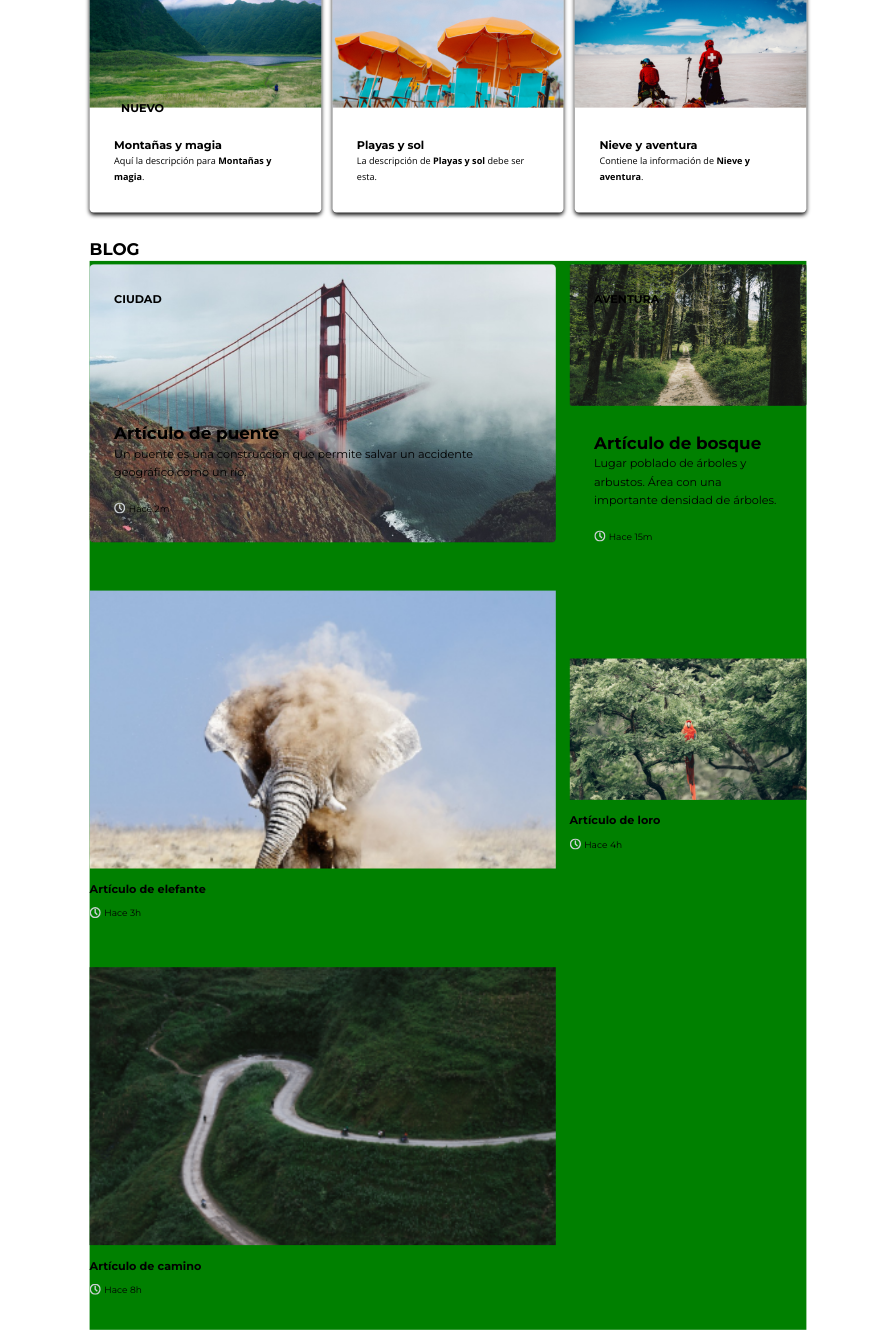
Repository: agustin-mesa/viajes
Page: /
These files come from the project's save history. The page is drawn as it stood at one moment and after the next save; the edit follows.
The browser window is 1280 px wide. The pictures show the part of the page from y = 884 to 2804 px (the page is 2784 px tall before and 2804 px after), at 70% of full size.
The project was rebuilt for these pictures with package versions that can differ from the ones it lists, and the page was loaded fresh each time. Also part of the build but not shown: src/components/styles/colors.module.scss.

Above is the page before, as saved 2021-11-12 15:04:32.

After the next save:
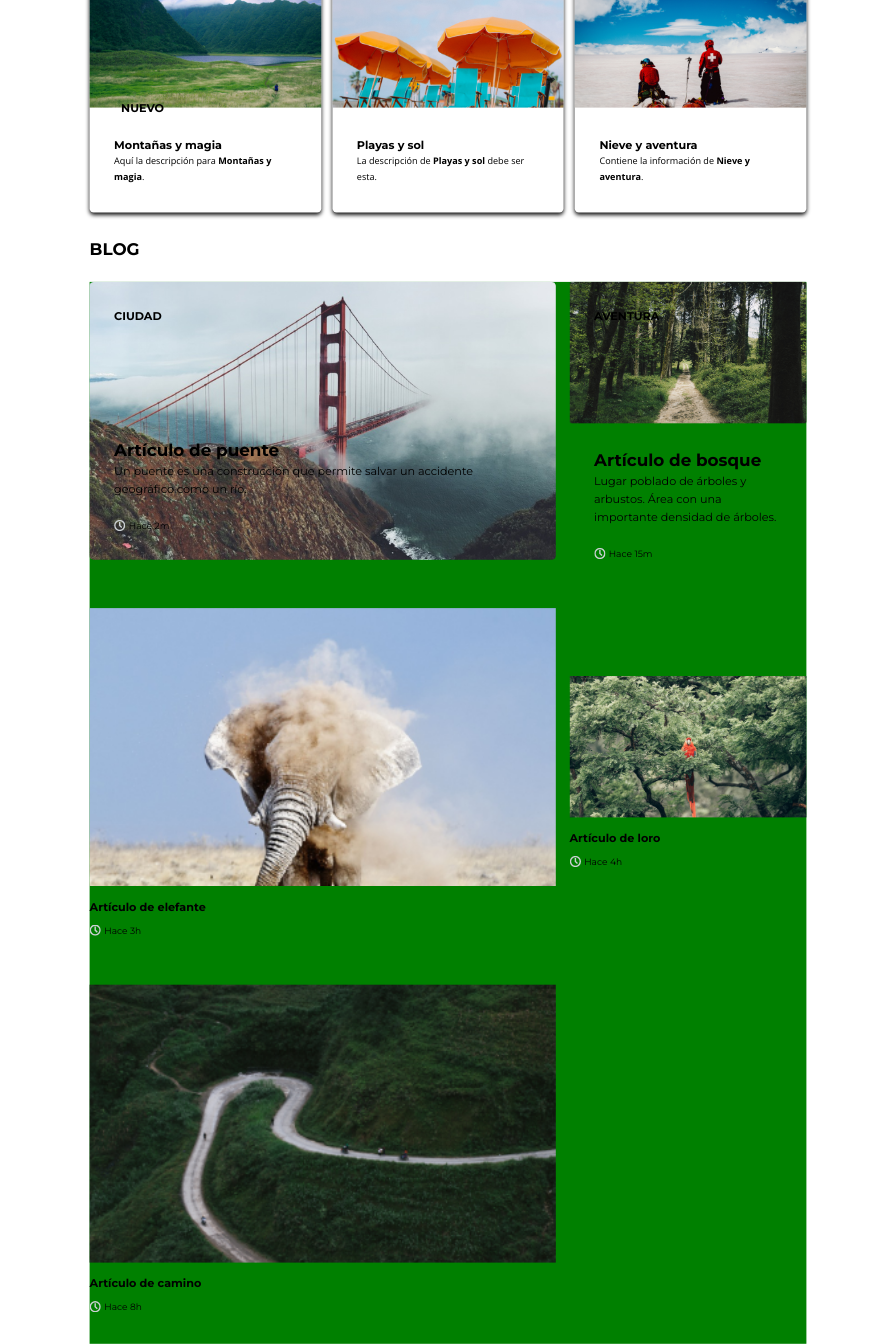
Saved 19 s later.
--- a/src/pages/Blog.js
+++ b/src/pages/Blog.js
@@ -120,8 +120,7 @@ const ContainerBlog = styled.section`
     row-gap: 25px;
     -moz-column-gap: 20px;
     column-gap: 20px;
-    margin: 0 0 10px;
-    padding: 5px 0;
+    margin: 30px 0 0;
   }
 
   article:first-child {
